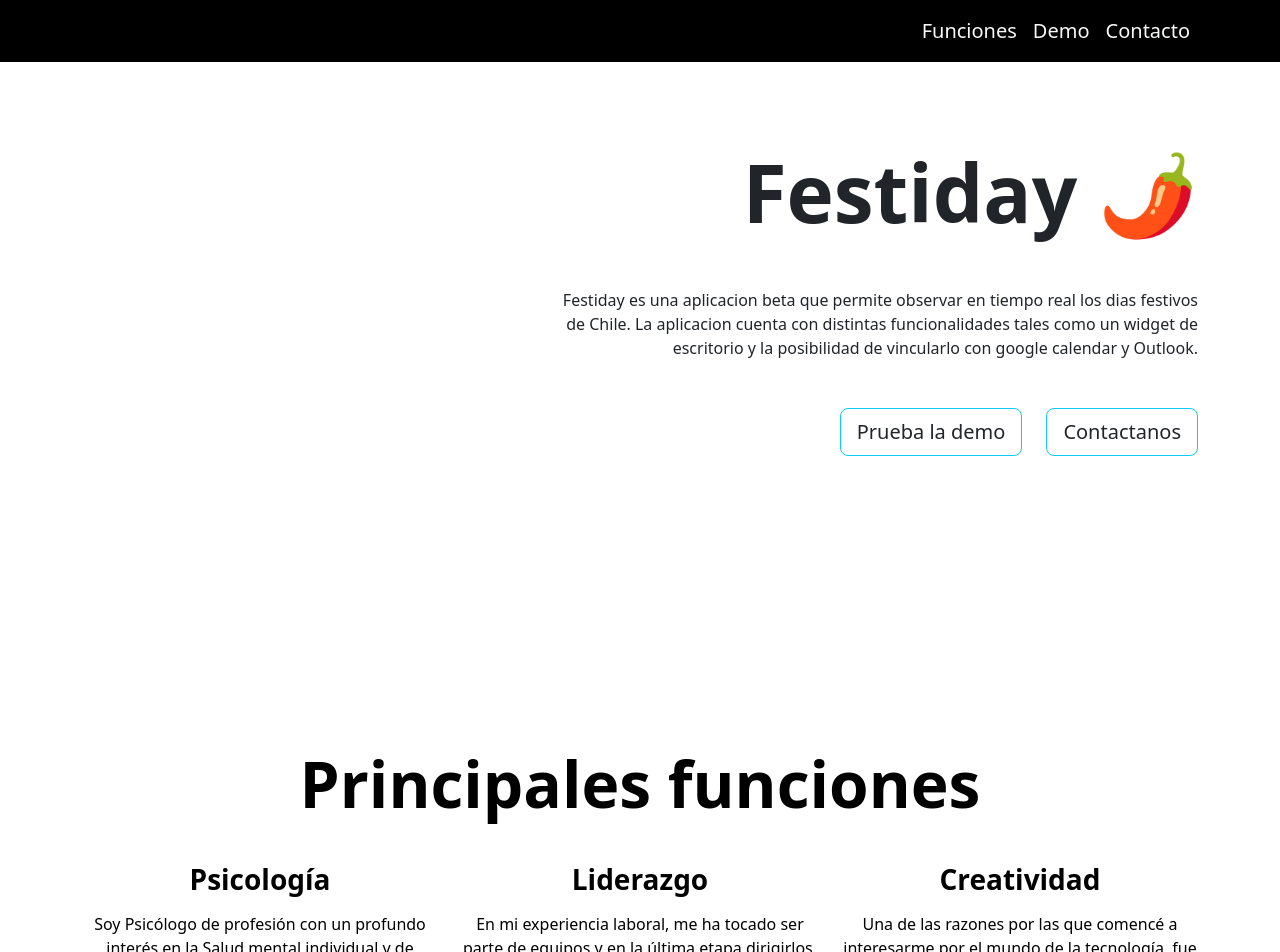
Repository: cvalenciapatagonia/Desafio-4-React-I
Page: /
An editor plug-in stored every save of this project. The page is shown before and after the next save, followed by the edit.
The browser window is 1280 px wide. The pictures show the part of the page from y = 0 to 952 px (the page is 2059 px tall).
The page's requests for data from a server got no answer. The project was rebuilt for these pictures with package versions that can differ from the ones it lists, and the page was loaded fresh each time. No one was signed in, and anything a server would have sent is missing. Also part of the build but not shown: vite.config.js, src/App.css.

Above is the page before, as saved 2023-09-08 13:54:56.

After the next save:
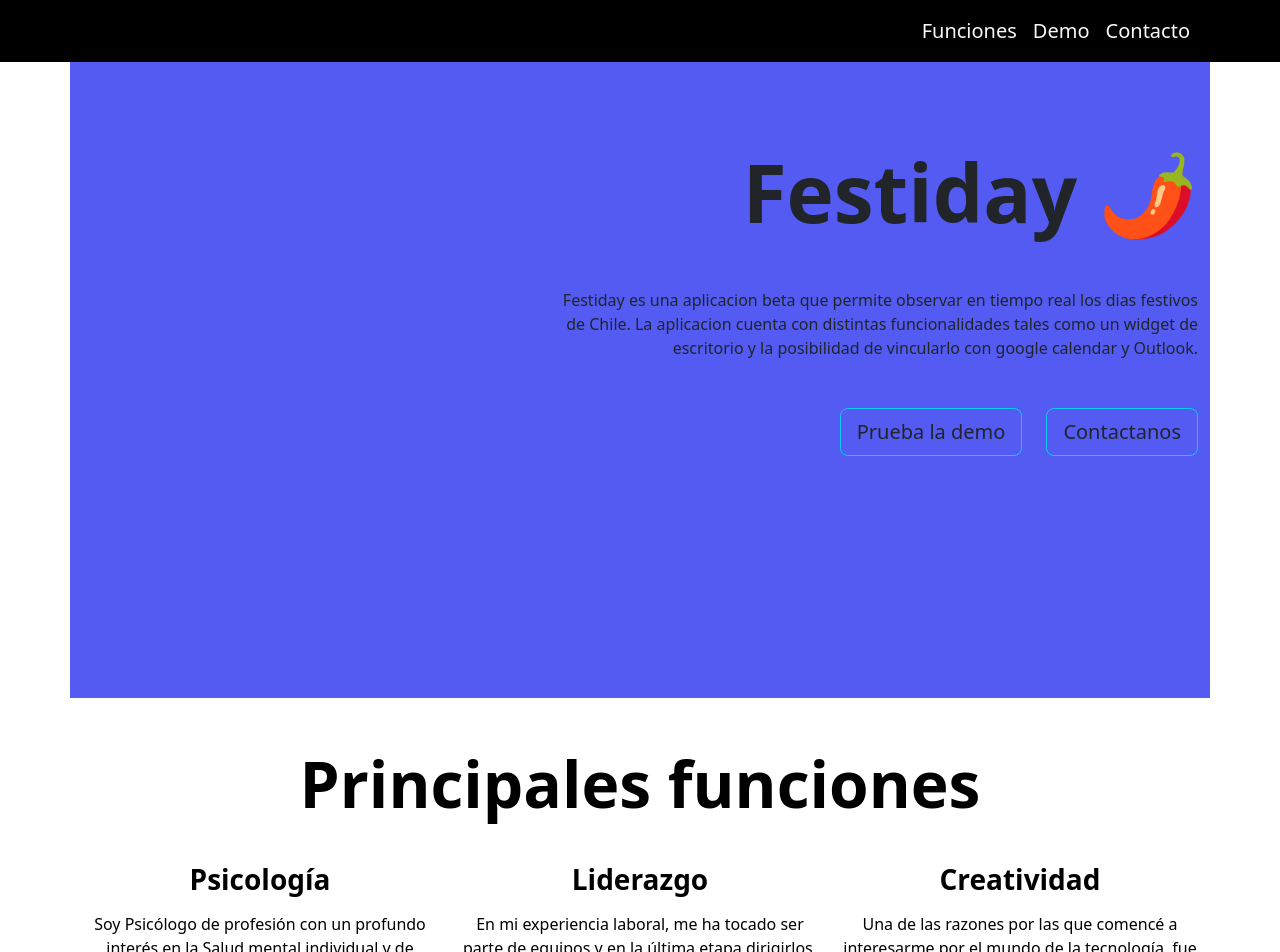
Saved 12 min 14 s later.
--- a/src/index.css
+++ b/src/index.css
@@ -76,6 +76,7 @@ table th {
   background-size: cover;
   background-position: left;
   height: 650px;
+  background-color: #535bf2;
 }
 
 /* #Mis-proyectos .image-top {
